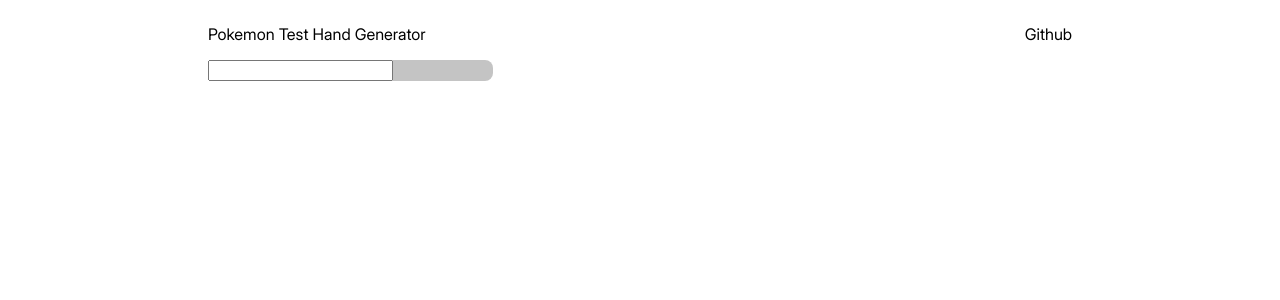
Repository: danielj1415/test-hand-simulator
Page: /
An editor plug-in stored every save of this project. The page is shown before and after the next save, followed by the edit.
The browser window is 1280 px wide. The pictures show the whole page.
The project was rebuilt for these pictures with package versions that can differ from the ones it lists, and the page was loaded fresh each time. Also part of the build but not shown: vite.config.ts, src/index.css.

Above is the page before, as saved 2024-10-30 17:43:40.

After the next save:
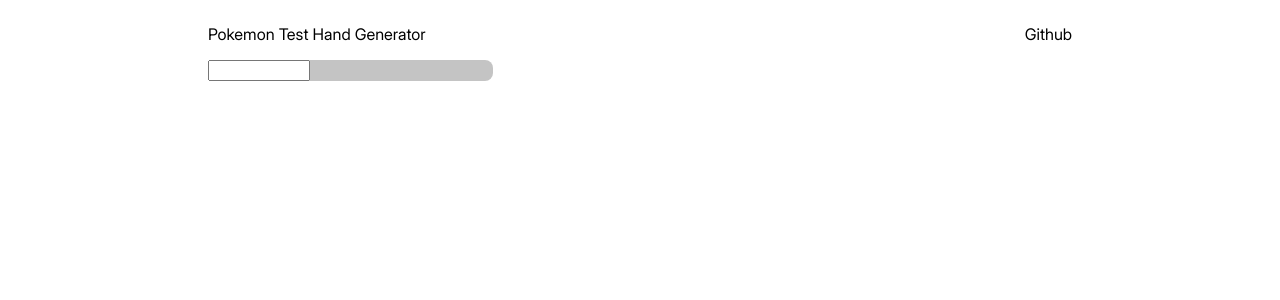
Saved 14 s later.
--- a/src/App.css
+++ b/src/App.css
@@ -36,6 +36,6 @@
   border-radius: 8px;
 }
 
-form{
+input{
   width: 33%;
 }
